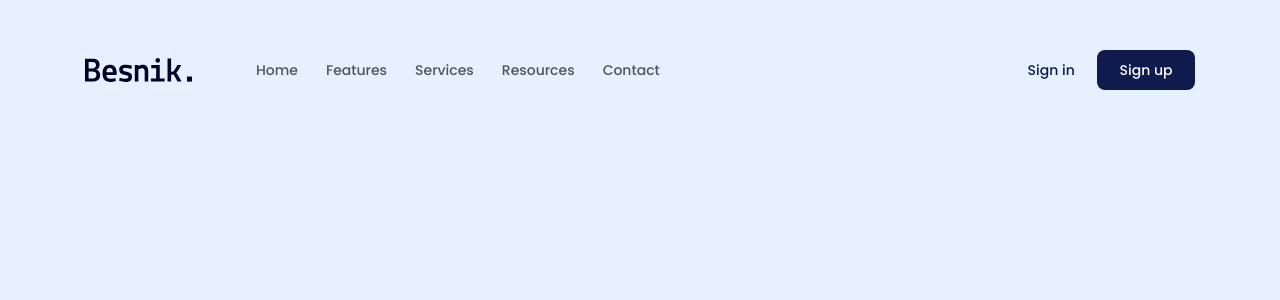
Repository: trungnguyen131/froject-01
Page: index.html
These files come from the project's save history. The page is drawn as it stood at one moment and after a run of saves; the edit follows.
The browser window is 1280 px wide. The pictures show the whole page.

Above is the page before, as saved 2024-02-24 12:37:04.

After the next 2 saves:
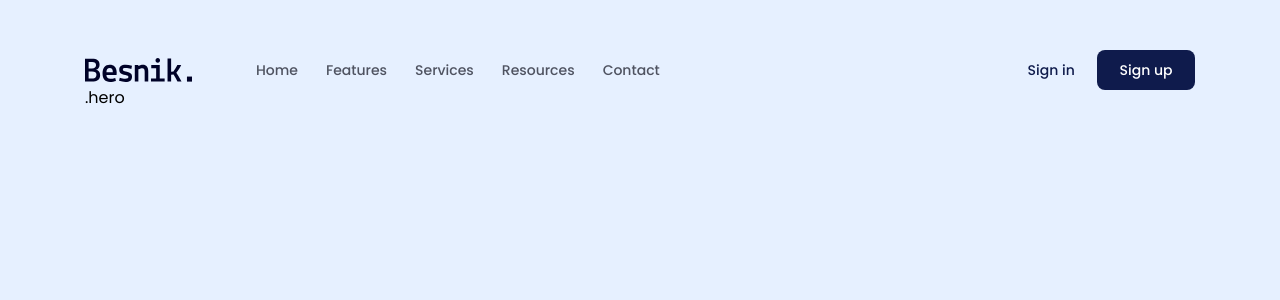
The 2 saves are shown as one change because they came seconds apart.
The last was saved 13 s later.
--- a/index.html
+++ b/index.html
@@ -30,7 +30,7 @@
                         <a href="#!" class="btn action-btn">Sign up</a>
                     </div>
                 </nav>
-
+                .hero
             </div>
         </header>
     </main>
